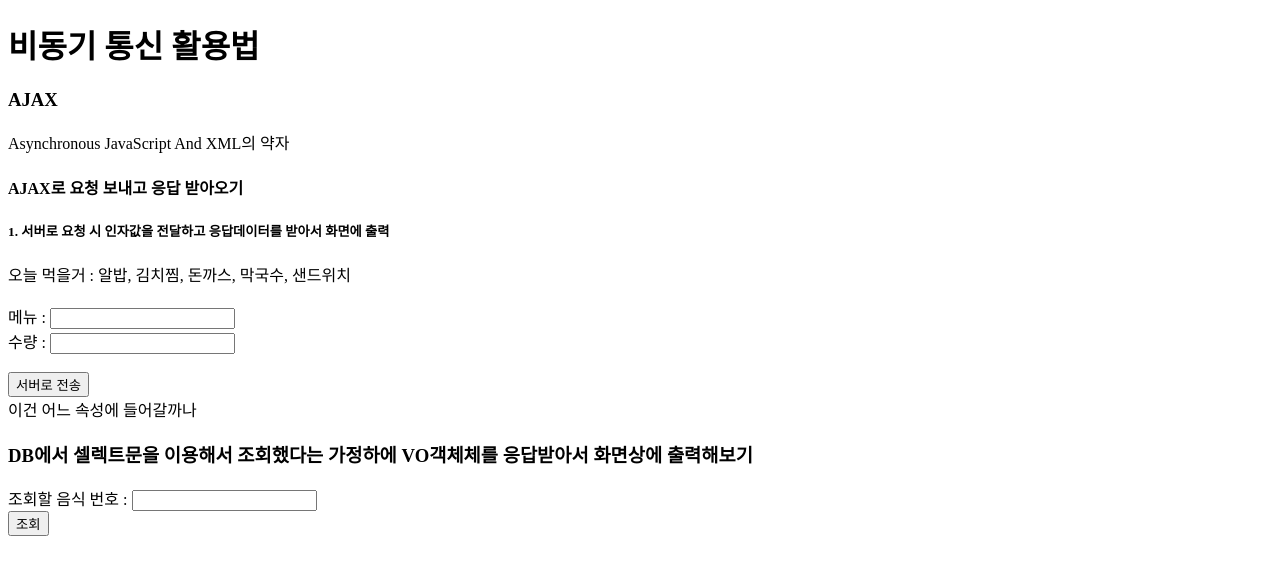
Repository: tjdgk2019/new_springframework
Page: http://localhost/ajaxProject/
The author's editor kept a copy of each file at every save. The page is drawn from the files as they stood at one save, then again after the next save.
The browser window is 1280 px wide. The pictures show the whole page.
The page is served by Tomcat 9.

Above is the page before, as saved 2024-06-27 02:22:51.

After the next save:
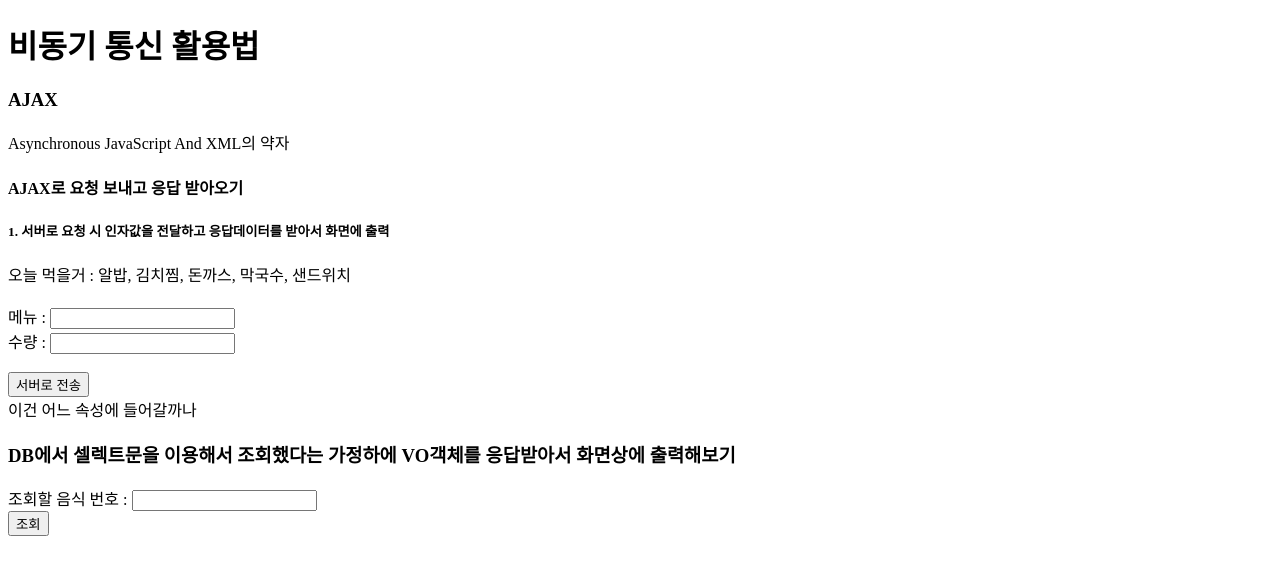
Saved 5 s later.
--- a/ajaxProject/src/main/webapp/index.jsp
+++ b/ajaxProject/src/main/webapp/index.jsp
@@ -101,7 +101,7 @@
     	}
     </script>
      -->
-     <h3>DB에서 셀렉트문을 이용해서 조회했다는 가정하에 VO객체체를 응답받아서 화면상에 출력해보기</h3>
+     <h3>DB에서 셀렉트문을 이용해서 조회했다는 가정하에 VO객체를 응답받아서 화면상에 출력해보기</h3>
      조회할 음식 번호 : <input type="number" id="menuNo"><br/>
      <button id="select-btn">조회</button><br>
 
@@ -112,8 +112,9 @@
 
 
     <script>
-    	window.onload = () =>{
+    	window.onload = () => {
     		document.getElementById('select-btn').onclick= () =>{
+
     			$.ajax({
     				url:'ajax2.do',
     				type:'get',
@@ -139,7 +140,6 @@
     		};
 
 
-
     	}
 
 
